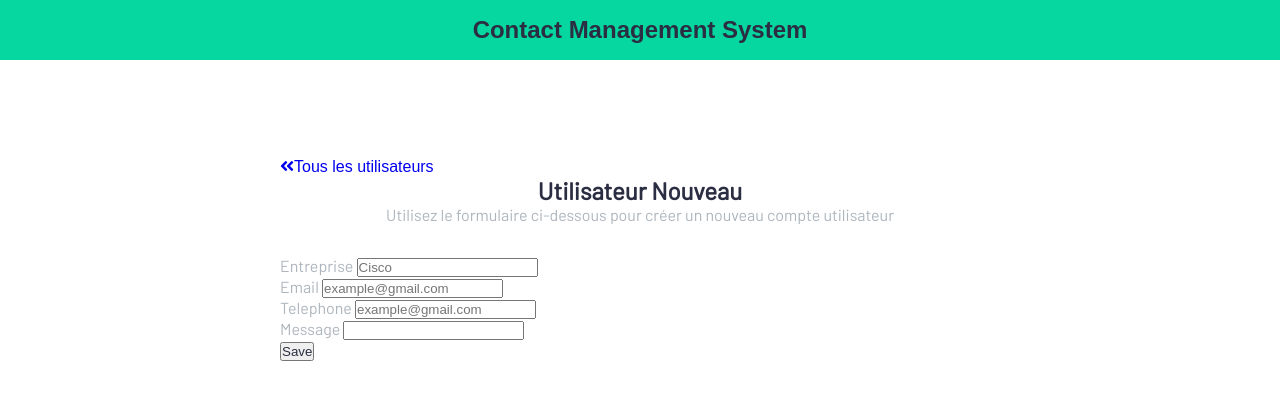
Repository: mohamed-makrani/Global_Development_Service_DBMS
Page: DBMS/views/add_user.html
The author's editor kept a copy of each file at every save. The page is drawn from the files as they stood at one save, then again after the next save.
The browser window is 1280 px wide. The pictures show the whole page.
Some web fonts or font styles are not loaded; a fallback is used.

Above is the page before, as saved 2024-04-22 19:07:39.

### DBMS/views/add_user.html
<!DOCTYPE html>
<html lang="en">
<head>
    <meta charset="UTF-8">
    <meta name="viewport" content="width=device-width, initial-scale=1.0">
    <title>Management System</title>

    <link rel="stylesheet" href="https://cdnjs.cloudflare.com/ajax/libs/font-awesome/5.15.1/css/all.min.css" integrity="sha512-+4zCK9k+qNFUR5X+cKL9EIR+ZOhtIloNl9GIKS57V1MyNsYpYcUrUeQc9vNfzsWfV28IaLL3i96P9sdNyeRssA==" crossorigin="anonymous" />
    <link rel="stylesheet" href="../assets/css/style.css">
</head>
<body>

    <!-- Header -->
        <header id="header">
            <nav>
                <div class="container">
                    <div class="text-center">
                        <a href="/" class="nav-brand text-dark"> Contact Management System </a>
                    </div>
                </div>
            </nav>
        </header>
    <!-- /Header -->
        <!-- Main Site -->
        <main id="site-main">
            <div class="container">
                <div class="box-nav d-flex justify-between">

                    <div class="filter">
                        <a href="/"><i class="fas fa-angle-double-left"></i>Tous les utilisateurs</a>
                    </div>
                </div>

                <div class="form-title text-center">
                    <h2 class="text-dark">Utilisateur Nouveau</h2>
                    <span class="text-light">Utilisez le formulaire ci-dessous pour créer un nouveau compte utilisateur</span>
                </div>

                <!-- form handling -->
                <form method="POST" id="update_user">
                    <div class="new_user">
                        <div class="form-group">
                            <label for="entreprise" class="text-light">Entreprise</label>
                            <input type="hidden" name="id" value="">
                            <input type="text" name="entreprise" value="" placeholder="Cisco">
                        </div>
                        <div class="form-group">
                            <label for="Email" class="text-light">Email</label>
                            <input type="text" name="email" value="" placeholder="example@gmail.com">
                        </div>

                        <div class="form-group">
                            <label for="telephone" class="text-light">Telephone</label>
                            <input type="text" name="telephone" value="" placeholder="example@gmail.com">
                        </div>

                        <div class="form-group">
                            <label for="message" class="text-light">Message</label>
                            <input type="text" name="message" value="" >
                        </div>

                        <div class="form-group">
                            <button type="submit" class="btn text-dark update">Save</button>
                        </div>

                    </div>

                </form>
            </div>
        </main>
    <!-- /Main Site -->

### DBMS/assets/css/style.css
@import url('https://fonts.googleapis.com/css2?family=Barlow&family=PT+Sans&display=swap');

:root {
    --dark: #2b2d42;
    --light: #adb5bd;
    --border: #dee2e6;
    --border-btn: #edf2f4;
}

* {
    padding: 0;
    margin: 0;
    box-sizing: border-box;
}

a {
    text-decoration: none;
    font-family: 'PT Sans', sans-serif;
}

.container {
    max-width: 720px;
    margin: auto;
}

.nav-brand {
    font-size: 1.5em;
    font-weight: bold;
}

.d-flex {
    display: flex;
    flex-wrap: wrap;
}

.justify-between {
    justify-content: space-between;
}

.text-center {
    text-align: center;
}

.border-shadow {
    border: 1px solid var(--border-btn);
    box-shadow: 1px 3px 10px #e9ecef;
}

.text-dark {
    color: var(--dark);
}

.inline {
    display: inline-block;
}

.text-light {
    color: var(--light);
}

.text-gradient {
    background: linear-gradient(to right, #8e2de2, #4a00e0);
    -webkit-background-clip: text;
    background-clip: text;
    -webkit-text-fill-color: transparent;
}

#header nav {
    background-color: #06d6a0;
    padding: 1em 0;
    width: 100%;
}

#site-main {
    margin-top: 6em;
    font-family: 'Barlow', sans-serif;
}

#site-main .container .box-nav > a {
    font-size: 1em;
    padding: .5em 1em;
}

#site-main .container form {
    margin: 2em 0;
}

table {
    border-spacing: 0px;
    width: 100%;
}

.table td,
.table th {
    padding: 1.5em; /* Adjust padding to add space */
    vertical-align: top;
    text-align: center;
    border-top: 1px solid var(--border);
}

.table td > a.btn {
    display: inline-block;
    vertical-align: middle;
    margin-right: 0.2em;
}

.table tr {
    height: 3em;
}

.table tr:hover {
    background-color: #06d6a0;
}

.table tr:hover td > a {
    box-shadow: none;
}

.table .thead-dark th {
    color: #fff;
    background-color: var(--dark);
    border-color: #32383e;
}

@media only screen and (max-width: 1024px) {
    table,
    thead,
    tbody,
    th,
    td,
    tr {
        display: block;
    }

    thead tr {
        position: absolute;
        top: -9999px;
        left: -9999px;
    }

    tr {
        border: 1px solid var(--border);
    }

    td {
        border: none;
        position: relative;
    }
}

After the next save:
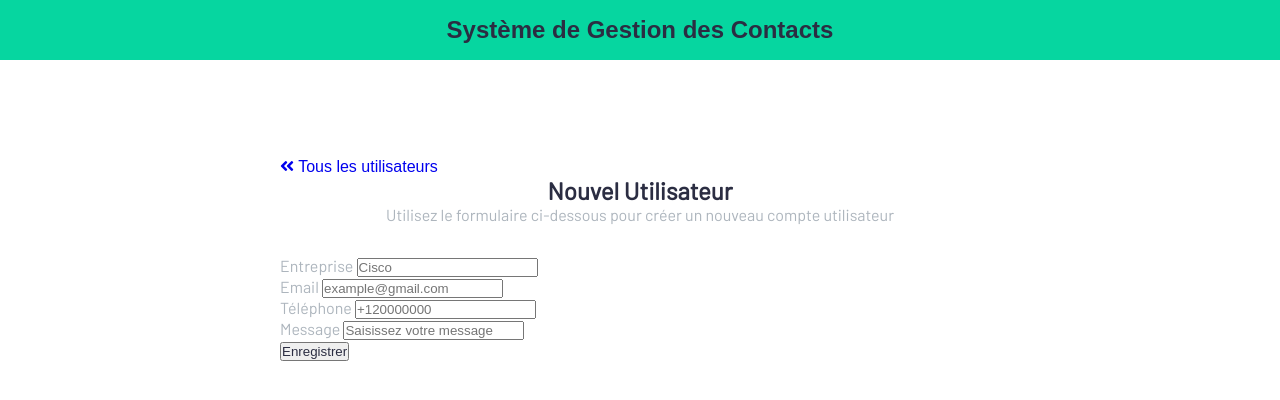
Saved 2 h 25 min later.
--- a/DBMS/views/add_user.html
+++ b/DBMS/views/add_user.html
@@ -1,5 +1,5 @@
 <!DOCTYPE html>
-<html lang="en">
+<html lang="fr">
 <head>
     <meta charset="UTF-8">
     <meta name="viewport" content="width=device-width, initial-scale=1.0">
@@ -11,61 +11,59 @@
 <body>
 
     <!-- Header -->
-        <header id="header">
-            <nav>
-                <div class="container">
-                    <div class="text-center">
-                        <a href="/" class="nav-brand text-dark"> Contact Management System </a>
+    <header id="header">
+        <nav>
+            <div class="container">
+                <div class="text-center">
+                    <a href="/" class="nav-brand text-dark">Système de Gestion des Contacts</a>
+                </div>
+            </div>
+        </nav>
+    </header>
+    <!-- /Header -->
+
+    <!-- Main Site -->
+    <main id="site-main">
+        <div class="container">
+            <div class="box-nav d-flex justify-between">
+                <div class="filter">
+                    <a href="/"><i class="fas fa-angle-double-left"></i> Tous les utilisateurs</a>
+                </div>
+            </div>
+
+            <div class="form-title text-center">
+                <h2 class="text-dark">Nouvel Utilisateur</h2>
+                <span class="text-light">Utilisez le formulaire ci-dessous pour créer un nouveau compte utilisateur</span>
+            </div>
+
+            <!-- Form handling -->
+            <form method="POST" id="new_user">
+                <div class="new_user">
+                    <div class="form-group">
+                        <label for="entreprise" class="text-light">Entreprise</label>
+                        <input type="hidden" name="id" value="">
+                        <input type="text" name="entreprise" value="" placeholder="Cisco">
+                    </div>
+                    <div class="form-group">
+                        <label for="email" class="text-light">Email</label>
+                        <input type="text" name="email" value="" placeholder="example@gmail.com">
+                    </div>
+                    <div class="form-group">
+                        <label for="telephone" class="text-light">Téléphone</label>
+                        <input type="text" name="telephone" value="" placeholder="+120000000">
+                    </div>
+                    <div class="form-group">
+                        <label for="message" class="text-light">Message</label>
+                        <input type="text" name="message" value="" placeholder="Saisissez votre message">
+                    </div>
+                    <div class="form-group">
+                        <button type="submit" class="btn text-dark update">Enregistrer</button>
                     </div>
                 </div>
-            </nav>
-        </header>
-    <!-- /Header -->
-        <!-- Main Site -->
-        <main id="site-main">
-            <div class="container">
-                <div class="box-nav d-flex justify-between">
+            </form>
+        </div>
+    </main>
+    <!-- /Main Site -->
 
-                    <div class="filter">
-                        <a href="/"><i class="fas fa-angle-double-left"></i>Tous les utilisateurs</a>
-                    </div>
-                </div>
-
-                <div class="form-title text-center">
-                    <h2 class="text-dark">Utilisateur Nouveau</h2>
-                    <span class="text-light">Utilisez le formulaire ci-dessous pour créer un nouveau compte utilisateur</span>
-                </div>
-
-                <!-- form handling -->
-                <form method="POST" id="update_user">
-                    <div class="new_user">
-                        <div class="form-group">
-                            <label for="entreprise" class="text-light">Entreprise</label>
-                            <input type="hidden" name="id" value="">
-                            <input type="text" name="entreprise" value="" placeholder="Cisco">
-                        </div>
-                        <div class="form-group">
-                            <label for="Email" class="text-light">Email</label>
-                            <input type="text" name="email" value="" placeholder="example@gmail.com">
-                        </div>
-
-                        <div class="form-group">
-                            <label for="telephone" class="text-light">Telephone</label>
-                            <input type="text" name="telephone" value="" placeholder="example@gmail.com">
-                        </div>
-
-                        <div class="form-group">
-                            <label for="message" class="text-light">Message</label>
-                            <input type="text" name="message" value="" >
-                        </div>
-
-                        <div class="form-group">
-                            <button type="submit" class="btn text-dark update">Save</button>
-                        </div>
-
-                    </div>
-
-                </form>
-            </div>
-        </main>
-    <!-- /Main Site -->
+</body>
+</html>

After the save that followed:
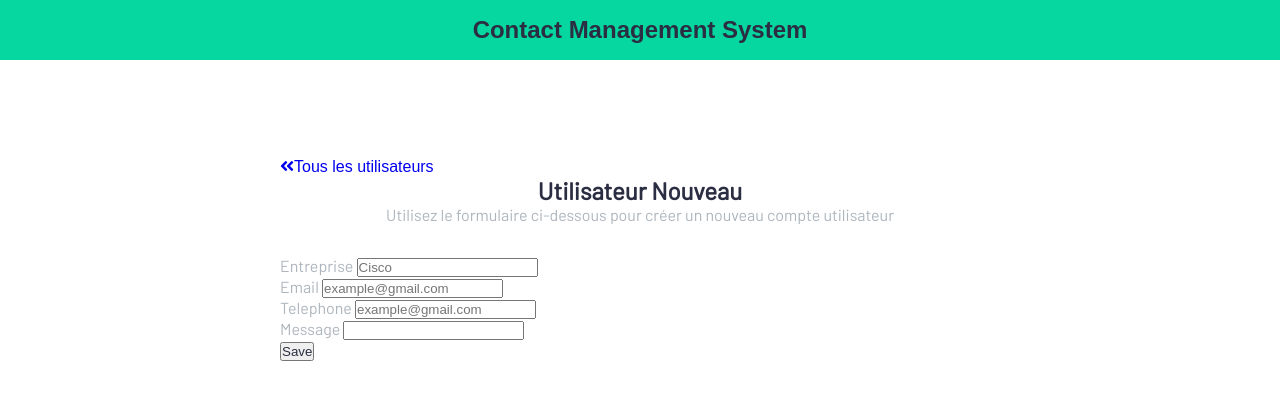
Saved 12 s later.
--- a/DBMS/views/add_user.html
+++ b/DBMS/views/add_user.html
@@ -1,5 +1,5 @@
 <!DOCTYPE html>
-<html lang="fr">
+<html lang="en">
 <head>
     <meta charset="UTF-8">
     <meta name="viewport" content="width=device-width, initial-scale=1.0">
@@ -11,59 +11,61 @@
 <body>
 
     <!-- Header -->
-    <header id="header">
-        <nav>
-            <div class="container">
-                <div class="text-center">
-                    <a href="/" class="nav-brand text-dark">Système de Gestion des Contacts</a>
-                </div>
-            </div>
-        </nav>
-    </header>
-    <!-- /Header -->
-
-    <!-- Main Site -->
-    <main id="site-main">
-        <div class="container">
-            <div class="box-nav d-flex justify-between">
-                <div class="filter">
-                    <a href="/"><i class="fas fa-angle-double-left"></i> Tous les utilisateurs</a>
-                </div>
-            </div>
-
-            <div class="form-title text-center">
-                <h2 class="text-dark">Nouvel Utilisateur</h2>
-                <span class="text-light">Utilisez le formulaire ci-dessous pour créer un nouveau compte utilisateur</span>
-            </div>
-
-            <!-- Form handling -->
-            <form method="POST" id="new_user">
-                <div class="new_user">
-                    <div class="form-group">
-                        <label for="entreprise" class="text-light">Entreprise</label>
-                        <input type="hidden" name="id" value="">
-                        <input type="text" name="entreprise" value="" placeholder="Cisco">
-                    </div>
-                    <div class="form-group">
-                        <label for="email" class="text-light">Email</label>
-                        <input type="text" name="email" value="" placeholder="example@gmail.com">
-                    </div>
-                    <div class="form-group">
-                        <label for="telephone" class="text-light">Téléphone</label>
-                        <input type="text" name="telephone" value="" placeholder="+120000000">
-                    </div>
-                    <div class="form-group">
-                        <label for="message" class="text-light">Message</label>
-                        <input type="text" name="message" value="" placeholder="Saisissez votre message">
-                    </div>
-                    <div class="form-group">
-                        <button type="submit" class="btn text-dark update">Enregistrer</button>
+        <header id="header">
+            <nav>
+                <div class="container">
+                    <div class="text-center">
+                        <a href="/" class="nav-brand text-dark"> Contact Management System </a>
                     </div>
                 </div>
-            </form>
-        </div>
-    </main>
+            </nav>
+        </header>
+    <!-- /Header -->
+        <!-- Main Site -->
+        <main id="site-main">
+            <div class="container">
+                <div class="box-nav d-flex justify-between">
+
+                    <div class="filter">
+                        <a href="/"><i class="fas fa-angle-double-left"></i>Tous les utilisateurs</a>
+                    </div>
+                </div>
+
+                <div class="form-title text-center">
+                    <h2 class="text-dark">Utilisateur Nouveau</h2>
+                    <span class="text-light">Utilisez le formulaire ci-dessous pour créer un nouveau compte utilisateur</span>
+                </div>
+
+                <!-- form handling -->
+                <form method="POST" id="update_user">
+                    <div class="new_user">
+                        <div class="form-group">
+                            <label for="entreprise" class="text-light">Entreprise</label>
+                            <input type="hidden" name="id" value="">
+                            <input type="text" name="entreprise" value="" placeholder="Cisco">
+                        </div>
+                        <div class="form-group">
+                            <label for="Email" class="text-light">Email</label>
+                            <input type="text" name="email" value="" placeholder="example@gmail.com">
+                        </div>
+
+                        <div class="form-group">
+                            <label for="telephone" class="text-light">Telephone</label>
+                            <input type="text" name="telephone" value="" placeholder="example@gmail.com">
+                        </div>
+
+                        <div class="form-group">
+                            <label for="message" class="text-light">Message</label>
+                            <input type="text" name="message" value="" >
+                        </div>
+
+                        <div class="form-group">
+                            <button type="submit" class="btn text-dark update">Save</button>
+                        </div>
+
+                    </div>
+
+                </form>
+            </div>
+        </main>
     <!-- /Main Site -->
-
-</body>
-</html>
